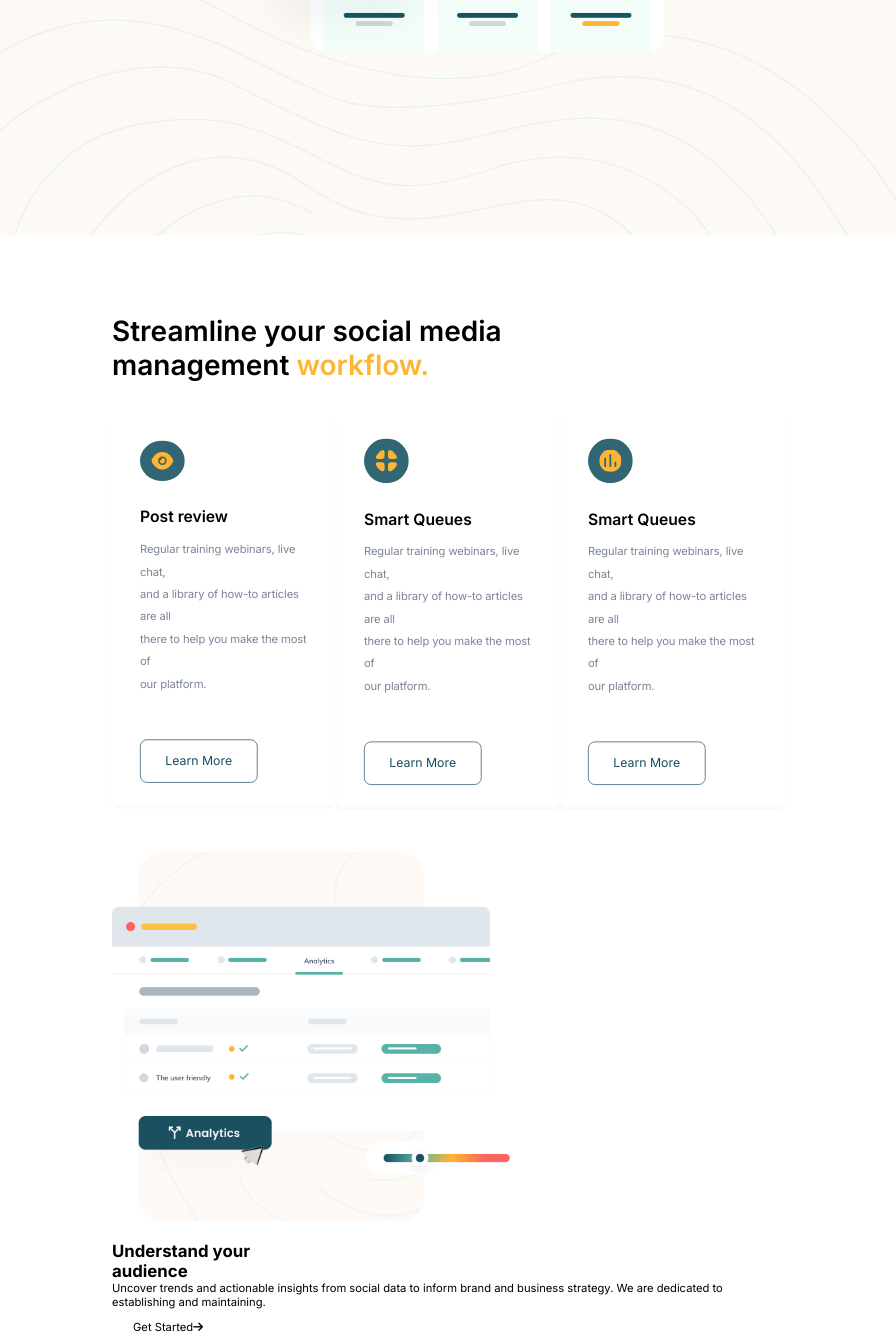
Repository: badhon252/Clickbay
Page: index.html
An editor plug-in stored every save of this project. The page is shown before and after the next save, followed by the edit.
The browser window is 1280 px wide. The pictures show the part of the page from y = 896 to 2816 px (the page is 2816 px tall before and 2668 px after), at 70% of full size.
The style sheet was rebuilt from its Sass, Less or Tailwind sources for each picture, by a compiler version that may differ from the author's.

Above is the page before, as saved 2022-09-05 02:41:49.

### index.html
<!DOCTYPE html>
<html lang="en">

<head>
    <meta charset="UTF-8">
    <meta http-equiv="X-UA-Compatible" content="IE=edge">
    <meta name="viewport" content="width=device-width, initial-scale=1.0">
    <!-- fontawesome cdn  -->
    <link rel="stylesheet" href="https://cdnjs.cloudflare.com/ajax/libs/font-awesome/6.2.0/css/all.min.css">
    <link rel="stylesheet" href="./scss/style.css">
    <title>Clickbay</title>
</head>

<body>
    <header class="">
        <img src="./images/Group 676.svg" alt="" class="header-img">
        <div class="container">


            <nav class="navbar">
                <div class="navbar_brand">
                    <img src="./images/logo.svg" alt="Image not found!">
                </div>

                <ul class="nav">
                    <li class="nav-items"><a href="" class="nav-links">Solutions</a></li>
                    <li class="nav-items"><a href="" class="nav-links">Company</a></li>
                    <li class="nav-items"><a href="" class="nav-links">Platform</a></li>
                </ul>

                <div class="nav-btns">
                    <button class="btn nav-log">Log in</button>
                    <button class="btn nav-start">Get Started</button>
                </div>
            </nav>

            <div class="header-content">
                <h1 class="h1 my-4 text-center">
                    Perfect media with <br> perfect Partner , we!!
                </h1>
                <img src="./images/Vector 735.png" alt="" class="signature text-center">
                <p class="text-center">Collaborate with your clients and teams to plan, post, and measure.</p>

                <div class="company-stat">
                    <div class="row">
                        <div class="col-md-4">
                            <img src="./images/Group 689.png" class="" alt="">
                        </div>
                        <div class="col-md-4 subscriber">
                            <span class="">+99</span>
                            <div>
                                <h2>People subscribed today</h2>
                                <img src="./images/Group 678.png" alt="">
                            </div>
                        </div>
                        <div class="col-md-4 follow">
                            <div class="follower">

                                <img src="./images/Group 1037.svg" alt="">
                                <div>
                                    <h3>2.938</h3>
                                    <p>Followers gained after this post</p>
                                </div>
                            </div>
                            <div class="following">
                                <img src="./images/Group 1041.svg" alt="">
                            </div>
                        </div>
                    </div>
                </div>

                <img src="./images/Group 933.png" alt="" class="group-933">

            </div>
        </div>
    </header>

    <section class="second_section container">
        <h2 class="h2 my-3">
            Streamline your social media <br> management <span> workflow.</span>
        </h2>
        <div class="row">

            <div class="card">
                <img src="./images/Show.svg" class="my-1" alt="">
                <h3 class="my-1">Post review</h3>
                <p class="my-1">Regular training webinars, live chat, <br> and a library of how-to articles are all<br>
                    there to help
                    you make
                    the most of<br> our platform.</p><button class="btn">
                    <a href="#">Learn More</a>
                </button>
            </div>

            <div class="card">
                <img src="./images/Category.svg" class="my-1" alt="">
                <h3 class="my-1">Smart Queues</h3>
                <p class="my-1">Regular training webinars, live chat, <br> and a library of how-to articles are all<br>
                    there to help
                    you make
                    the most of<br> our platform.</p><button class="btn">
                    <a href="#">Learn More</a>
                </button>
            </div>

            <div class="card">
                <img src="./images/Chart.svg" class="my-1" alt="">
                <h3 class="my-1">Smart Queues</h3>
                <p class="my-1">Regular training webinars, live chat, <br> and a library of how-to articles are all<br>
                    there to help
                    you make
                    the most of<br> our platform.</p><button class="btn">
                    <a href="#">Learn More</a>
                </button>
            </div>

        </div>

    </section>

    <section class="third_section container">
        <div class="row">
            <div class="col-md-6"><img src="./images/Group 703.png" alt=""></div>
            <div class="col-md-6">
                <h2>Understand your <br> <span> audience</span> </h2>
                <p>Uncover trends and actionable insights from social data to inform brand and business strategy. We are
                    dedicated to
                    establishing and maintaining.</p>
                <div class="btn">
                    Get Started<i class="fa-solid fa-arrow-right"></i>
                </div>
            </div>
        </div>
    </section>
</body>

</html>

### scss/style.scss
@import url("https://fonts.googleapis.com/css2?family=Inter:wght@400;600;700;800;900&display=swap");
* {
  margin: 0;
  padding: 0;
  box-sizing: border-box;
  font-family: "Inter", sans-serif;
  // font-family: 'Poppins';
}
.container {
  margin: 0 10rem;
}
.btn {
  outline: none;
  border: none;
  padding: 15px 30px;
  font-size: 1rem;
  background-color: transparent;
}
.h1 {
  font-size: 4rem;
}
.text-center {
  text-align: center;
}
// margin
.my-1 {
  margin: 1rem 0;
}
.my-2 {
  margin: 2rem 0;
}
.my-3 {
  margin: 3rem 0;
}
.my-4 {
  margin: 4rem 0;
}
.my-5 {
  margin: 5rem 0;
}

// grid system using flex

//==============================
//===================
//==============================

header {
  .row {
    display: flex;
    justify-content: space-evenly;
    align-items: center;
  }
  background-color: #fdf9f4;
  min-height: 100vh;
  position: relative;
  overflow: hidden;

  .header-img {
    position: absolute;
    bottom: 0;
    right: 0;
    z-index: 1;
    width: 100%;
  }
  .navbar {
    color: #282b4d;
    padding: 2rem 0;
    display: flex;
    justify-content: space-between;
    align-items: center;
    font-weight: 500;
    .nav {
      display: flex;
      .nav-items {
        margin-left: 3rem;
        list-style-type: none;
        .nav-links {
          text-decoration: none;
          color: black;
          font-size: 1.1rem;
          font-weight: 500;
        }
      }
    }

    .nav-start {
      border: 1px solid #1a5365;
      box-shadow: 0px 25px 35px -20px rgba(232, 236, 243, 0.5);
      border-radius: 10px;
      color: #154f61;
      font-weight: 600;
      margin-left: 10px;
    }
  }

  .header-content {
    .h1 {
      font-weight: 800;
      margin-bottom: -0.6rem;
      color: #12163c;
    }
    .signature {
      display: block;
      margin: 0 auto;
      transform: translateX(217px);
    }
    p {
      font-size: 1.2rem;
      font-weight: 500;
      line-height: 27px;
      color: #12163c94;
    }

    .company-stat {
      transform: translateY(-120px);
      .subscriber {
        display: flex;
        align-items: center;
        background-color: #fff;
        padding: 1.5rem;
        border-radius: 22px;
        span {
          font-weight: 600;
          font-size: 40px;
          line-height: 60px;
          background-color: #fef9f4;
          color: #ffb531;
          padding: 10px;
          border-radius: 15px;
          margin-right: 1.5rem;
        }
        h2 {
          font-size: 1.1rem;
          font-weight: 600;
          padding-bottom: 1rem;
        }
      }

      .follow {
        position: relative;
        z-index: 11;

        .follower {
          display: flex;
          align-items: center;
          background-color: #fff;
          padding: 1.5rem;
          border-radius: 22px;
          img {
            padding-right: 1rem;
          }
          h3 {
            font-size: 1.1rem;
          }
          p {
            font-size: 14px;
          }
        }
        .following {
          position: absolute;
          top: 42px;
          right: -70px;
        }
      }
    }

    .group-933 {
      position: relative;
      margin: 0 auto;
      top: -240px;
      display: block;
      z-index: 9999;
    }
  }
}

.second_section {
  padding: 4rem 0;
  .row {
    display: flex;
    justify-content: space-between;
    align-items: center;
  }
  h2 {
    font-size: 2.5rem;
    font-weight: 600;
    span {
      color: #ffb531;
    }
  }

  .card {
    padding: 1rem 2.5rem;
    border-radius: 10px;

    box-shadow: rgba(0, 0, 0, 0.04) 0px 3px 5px;
    &:hover {
      box-shadow: rgba(17, 17, 26, 0.05) 0px 4px 16px,
        rgba(17, 17, 26, 0.05) 0px 8px 32px;
    }
    img {
      background-color: #336675;
      padding: 1rem;
      border-radius: 50%;
    }

    h3 {
      font-size: 1.4rem;
      font-weight: 600;
      line-height: 29px;
    }

    p {
      line-height: 32px;
      letter-spacing: -0.01em;
      color: #7b8498;
      margin-bottom: 3rem;
    }

    .btn {
      border: 1px solid #1a5365;
      border-radius: 10px;
      padding: 15px 35px;
      margin: 1rem 0;
      // display: none;

      &:hover {
        background-color: #000;
      }
      &:hover a {
        background-color: #000;
        color: #fff;
      }
      a {
        text-decoration: none;
        color: #154f61;
        line-height: 30px;
        font-size: 1.1rem;
        &:hover {
          background-color: #000;
          color: #fff;
        }
      }
    }
    // &:hover .btn {
    //   display: block;
    // }
  }
}

After the next save:
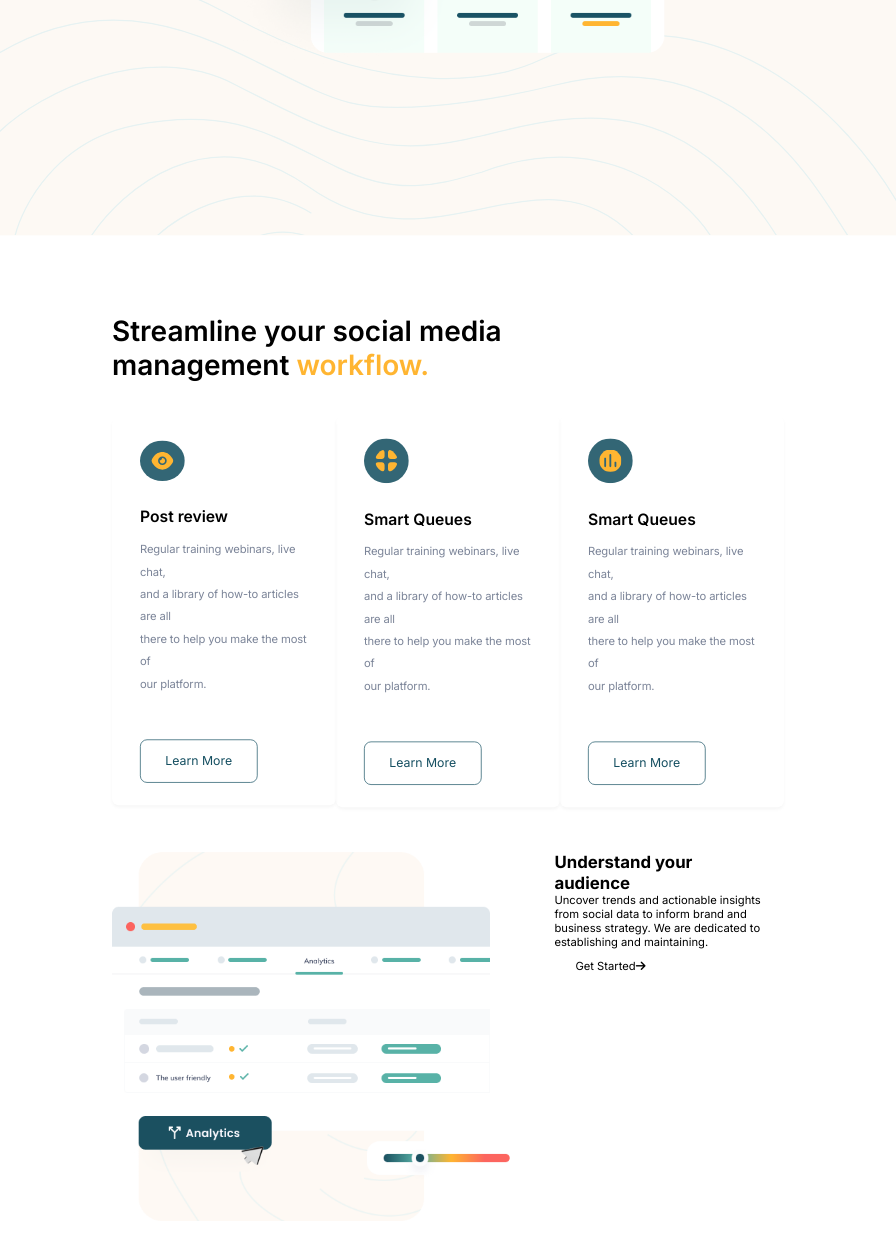
Saved 43 s later.
--- a/scss/style.scss
+++ b/scss/style.scss
@@ -248,3 +248,10 @@ header {
     // }
   }
 }
+
+.third_section {
+  .row {
+    display: flex;
+    justify-content: space-between;
+  }
+}
